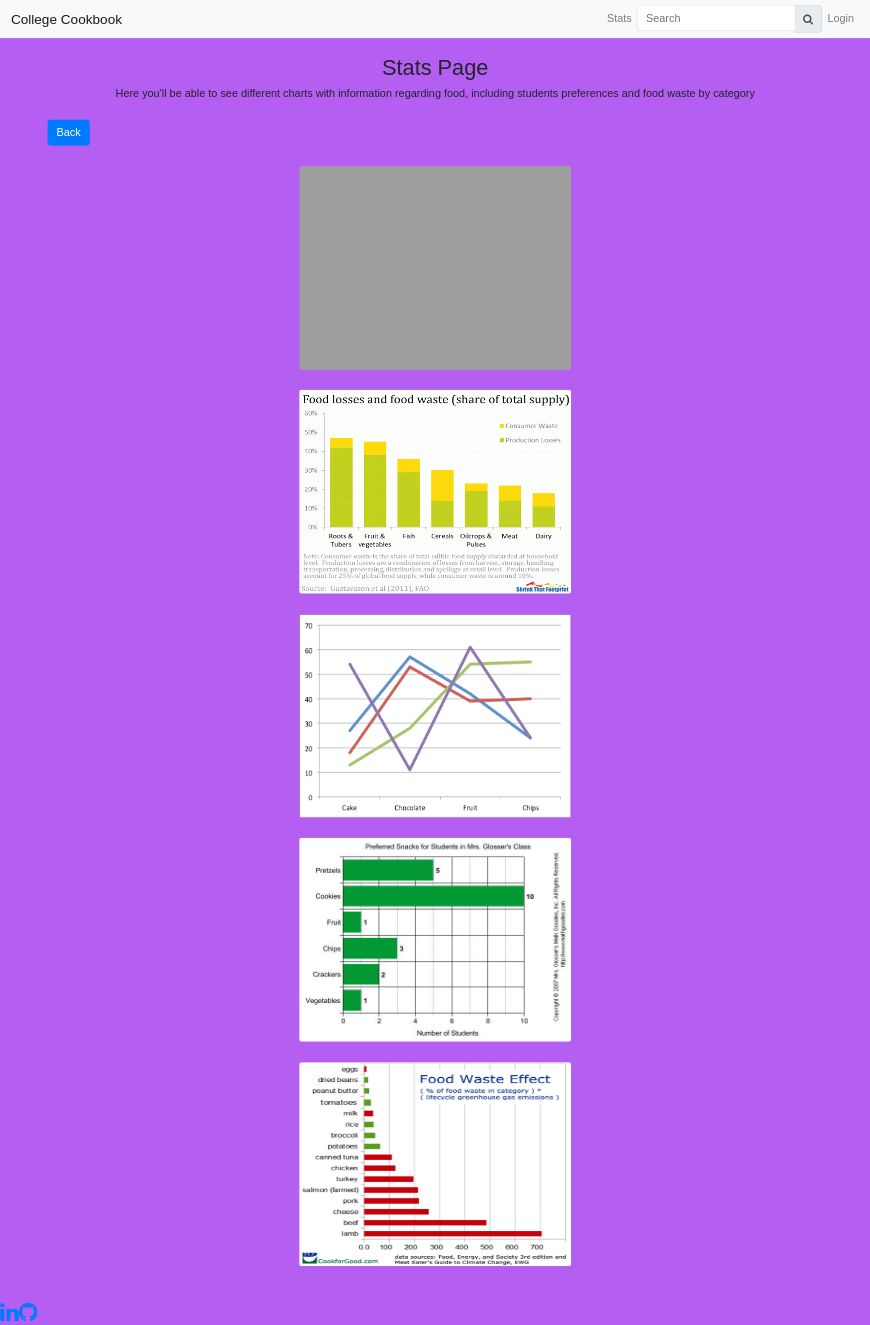
Repository: iiostefanos/college-cookbook
Page: http://localhost/stats
The author's editor kept a record of every edit. The page is drawn from the files as they stood at one moment, then again after the next edit.
The browser window is 1280 px wide. The pictures show the whole page, at 68% of full size.
Pictures or frames that could not be fetched are drawn as grey boxes. The page is served by the project's application, run on Flask 3 (app.py). Queries for data that is not in the repository find no rows.

Above is the page before.

After the next edit:
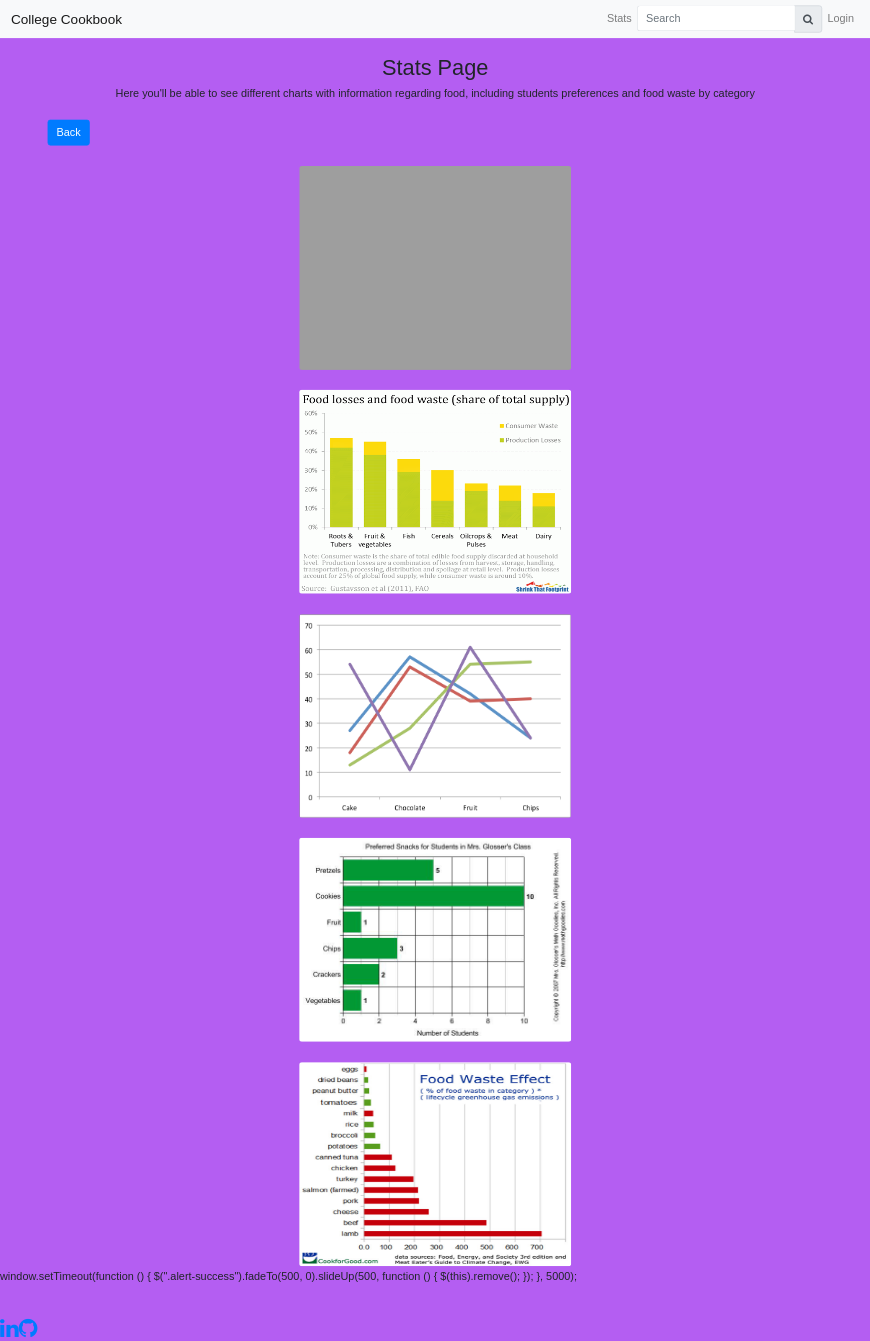
The edit:
--- a/templates/base.html
+++ b/templates/base.html
@@ -157,7 +157,7 @@
         <script src="https://cdn.jsdelivr.net/npm/popper.js@1.16.0/dist/umd/popper.min.js" integrity="sha384-Q6E9RHvbIyZFJoft+2mJbHaEWldlvI9IOYy5n3zV9zzTtmI3UksdQRVvoxMfooAo" crossorigin="anonymous"></script>
         <script src="https://stackpath.bootstrapcdn.com/bootstrap/4.4.1/js/bootstrap.min.js" integrity="sha384-wfSDF2E50Y2D1uUdj0O3uMBJnjuUD4Ih7YwaYd1iqfktj0Uod8GCExl3Og8ifwB6" crossorigin="anonymous"></script>
         <script type="text/javascript" src="/static/js/script.js"></script>
-        <script type="text/javascript">
+
 
   window.setTimeout(function () {
     $(".alert-success").fadeTo(500, 0).slideUp(500, function () {

After the edit that followed:
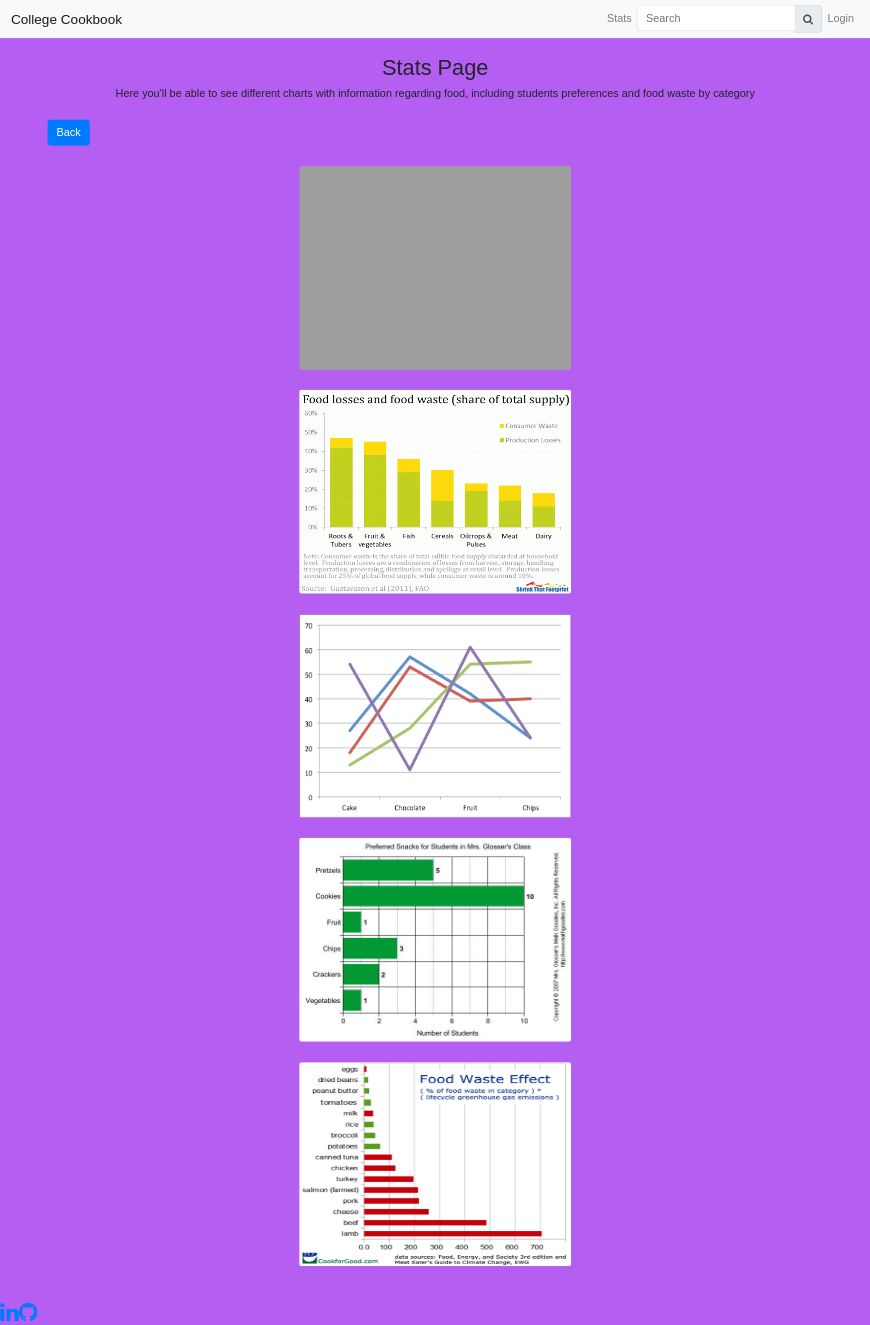
The edit:
--- a/templates/base.html
+++ b/templates/base.html
@@ -159,12 +159,8 @@
         <script type="text/javascript" src="/static/js/script.js"></script>
 
 
-  window.setTimeout(function () {
-    $(".alert-success").fadeTo(500, 0).slideUp(500, function () {
-        $(this).remove();
-    });
-}, 5000);
-</script>
+
+
      <!-- Footer -->
 		<footer id="footer" class="container-fluid">
 			<div class="row pt-5">
